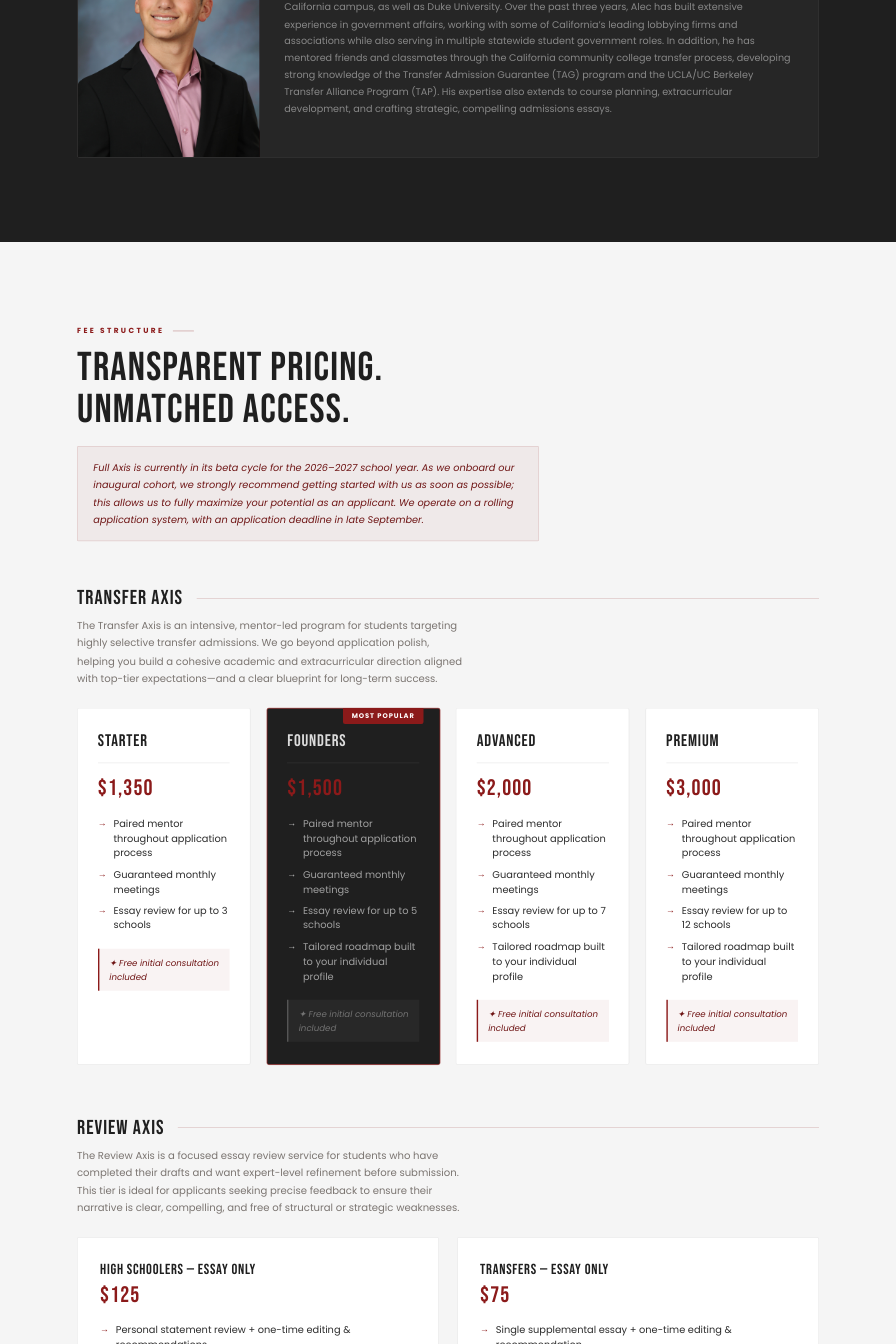
Repository: epeguero8311/cesar
Page: index.html
The author's editor kept a copy of each file at every save. The page is drawn from the files as they stood at one save, then again after the next save.
The browser window is 1280 px wide. The pictures show the part of the page from y = 4246 to 6166 px (the page is 7272 px tall before and 7665 px after), at 70% of full size.

Above is the page before, as saved 2026-07-14 21:41:31.

After the next save:
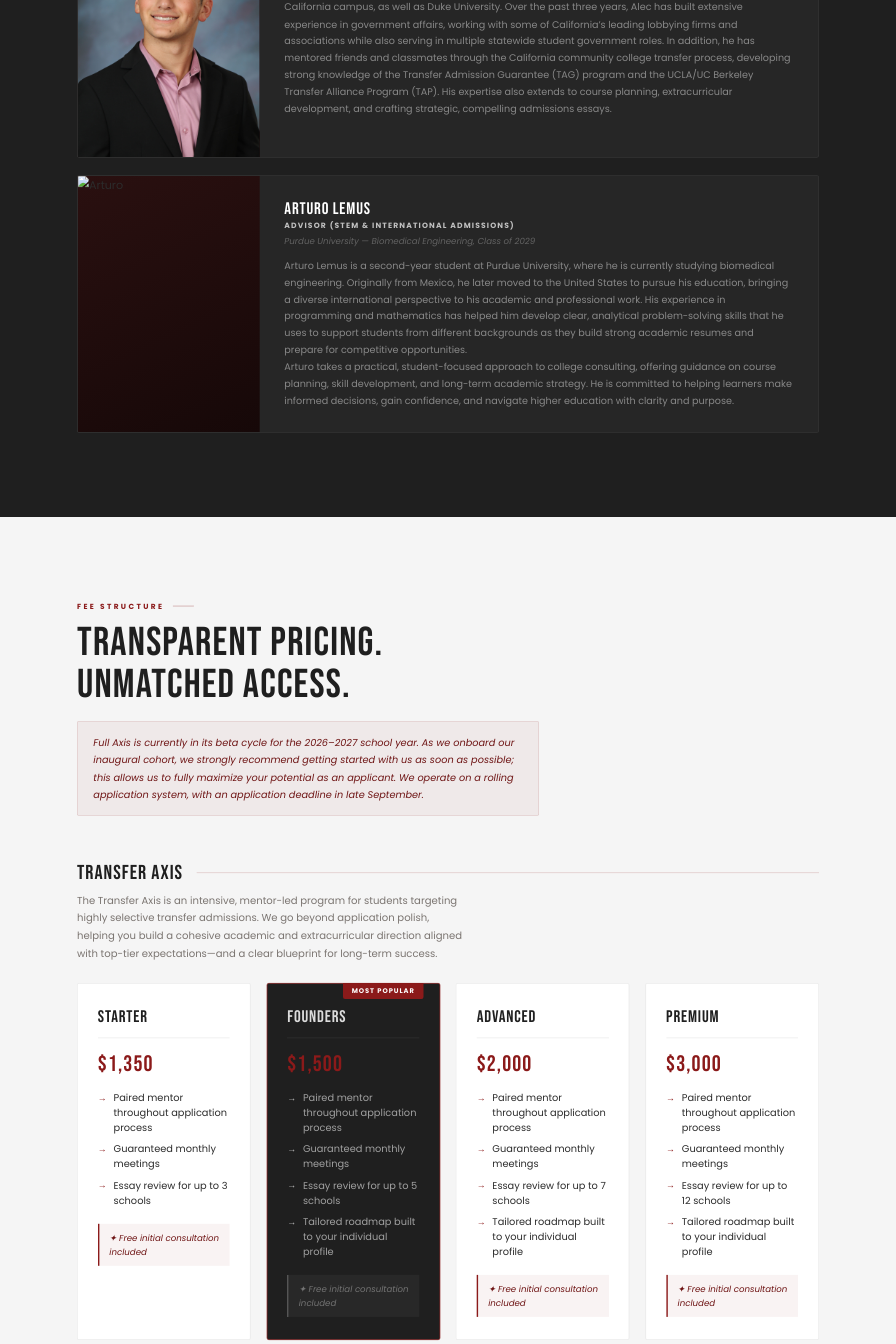
Not found: headshots/Arturo Lemus.jpeg
Saved 3 min 7 s later.
--- a/index.html
+++ b/index.html
@@ -163,6 +163,19 @@
     <div class="team-role">Transfer Advisor (Social Sciences &amp; UC Admissions)</div>
     <div class="team-school">University of California, Berkeley — Political Science</div>
     <p class="team-bio">Alec is a transfer student from Sacramento City College to the UC Berkeley College of Letters and Science, where he will major in Political Science and minor in Public Policy. He was admitted to every University of California campus, as well as Duke University. Over the past three years, Alec has built extensive experience in government affairs, working with some of California’s leading lobbying firms and associations while also serving in multiple statewide student government roles. In addition, he has mentored friends and classmates through the California community college transfer process, developing strong knowledge of the Transfer Admission Guarantee (TAG) program and the UCLA/UC Berkeley Transfer Alliance Program (TAP). His expertise also extends to course planning, extracurricular development, and crafting strategic, compelling admissions essays.</p>
+  </div>
+</div>
+<!-- Arturo -->
+<div class="team-card reveal d6">
+  <div class="team-photo">
+    <img src="headshots/Arturo Lemus.jpeg" alt="Arturo" class="team-headshot" />
+  </div>
+  <div class="team-info">
+    <div class="team-name">Arturo Lemus</div>
+    <div class="team-role">Advisor (STEM &amp; International Admissions)</div>
+    <div class="team-school">Purdue University — Biomedical Engineering, Class of 2029</div>
+    <p class="team-bio">Arturo Lemus is a second-year student at Purdue University, where he is currently studying biomedical engineering. Originally from Mexico, he later moved to the United States to pursue his education, bringing a diverse international perspective to his academic and professional work. His experience in programming and mathematics has helped him develop clear, analytical problem-solving skills that he uses to support students from different backgrounds as they build strong academic resumes and prepare for competitive opportunities.</p>
+    <p class="team-bio">Arturo takes a practical, student-focused approach to college consulting, offering guidance on course planning, skill development, and long-term academic strategy. He is committed to helping learners make informed decisions, gain confidence, and navigate higher education with clarity and purpose.</p>
   </div>
 </div>
     </div>

After the save that followed:
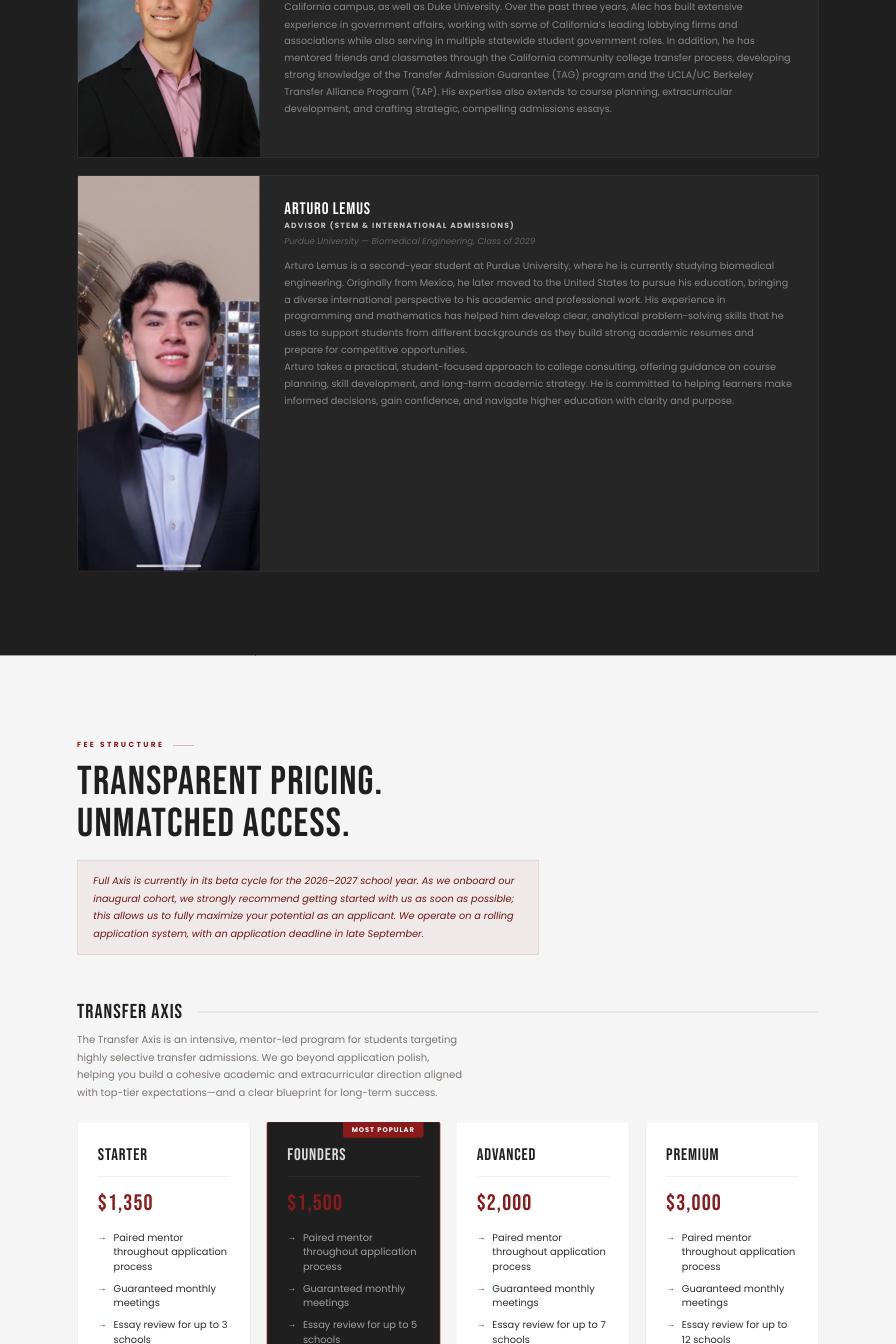
Saved 48 s later.
--- a/index.html
+++ b/index.html
@@ -168,7 +168,7 @@
 <!-- Arturo -->
 <div class="team-card reveal d6">
   <div class="team-photo">
-    <img src="headshots/Arturo Lemus.jpeg" alt="Arturo" class="team-headshot" />
+    <img src="headshots/ArturoLemus.jpeg" alt="Arturo" class="team-headshot" />
   </div>
   <div class="team-info">
     <div class="team-name">Arturo Lemus</div>
